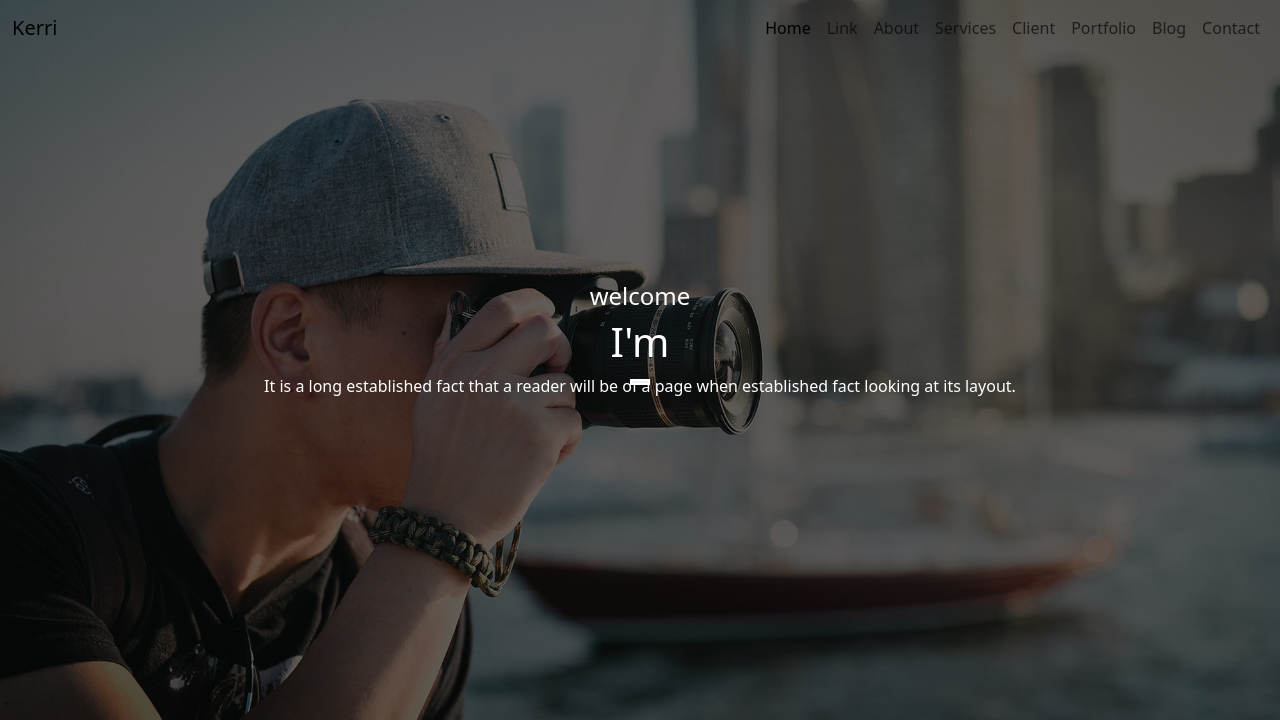
Repository: khaledradwan96/Kerri
Page: index.html
An editor plug-in stored every save of this project. The page is shown before and after a run of saves, followed by the edit.
The browser window is 1280 px wide. The pictures show the whole page.

Above is the page before, as saved 2024-05-06 20:22:55.

After the next 2 saves:
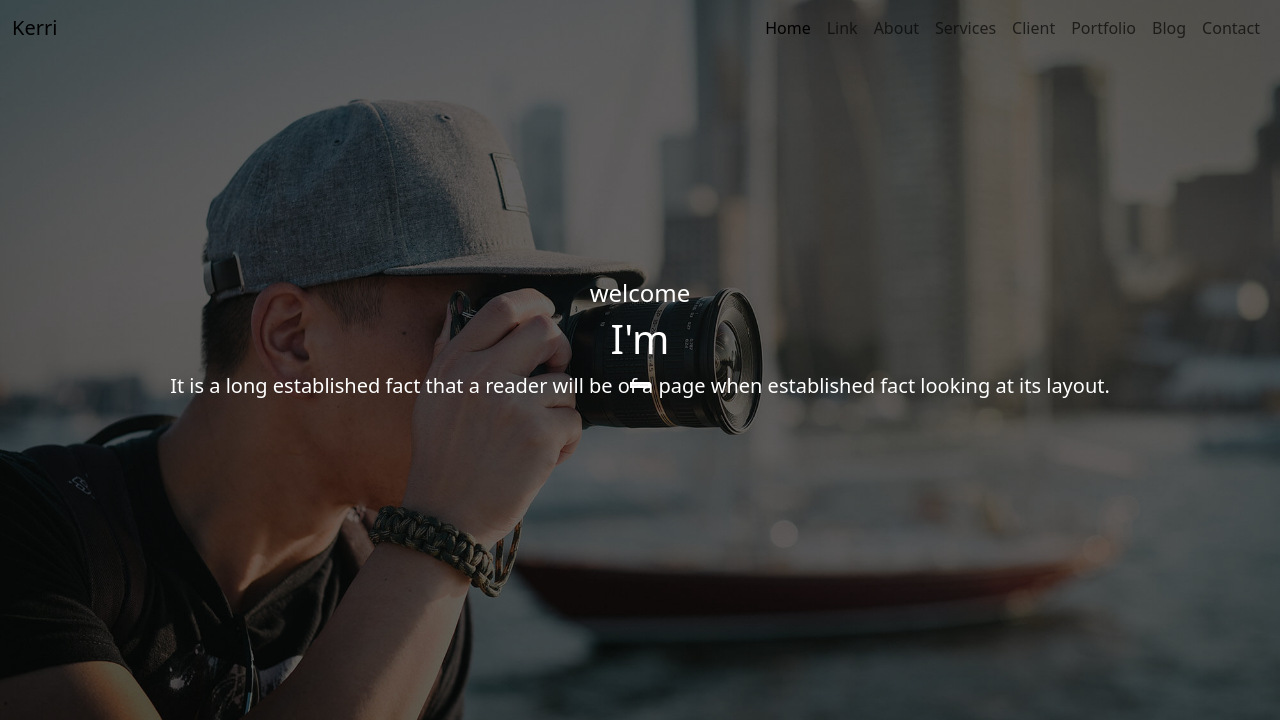
The 2 saves are shown as one change because they came seconds apart.
The last was saved 49 s later.
--- a/index.html
+++ b/index.html
@@ -62,7 +62,7 @@
                 <span></span>
             </h1>
 
-            <p>
+            <p class="lead">
                 It is a long established fact that a reader will be of a page when established fact looking at its
                 layout.
             </p>
